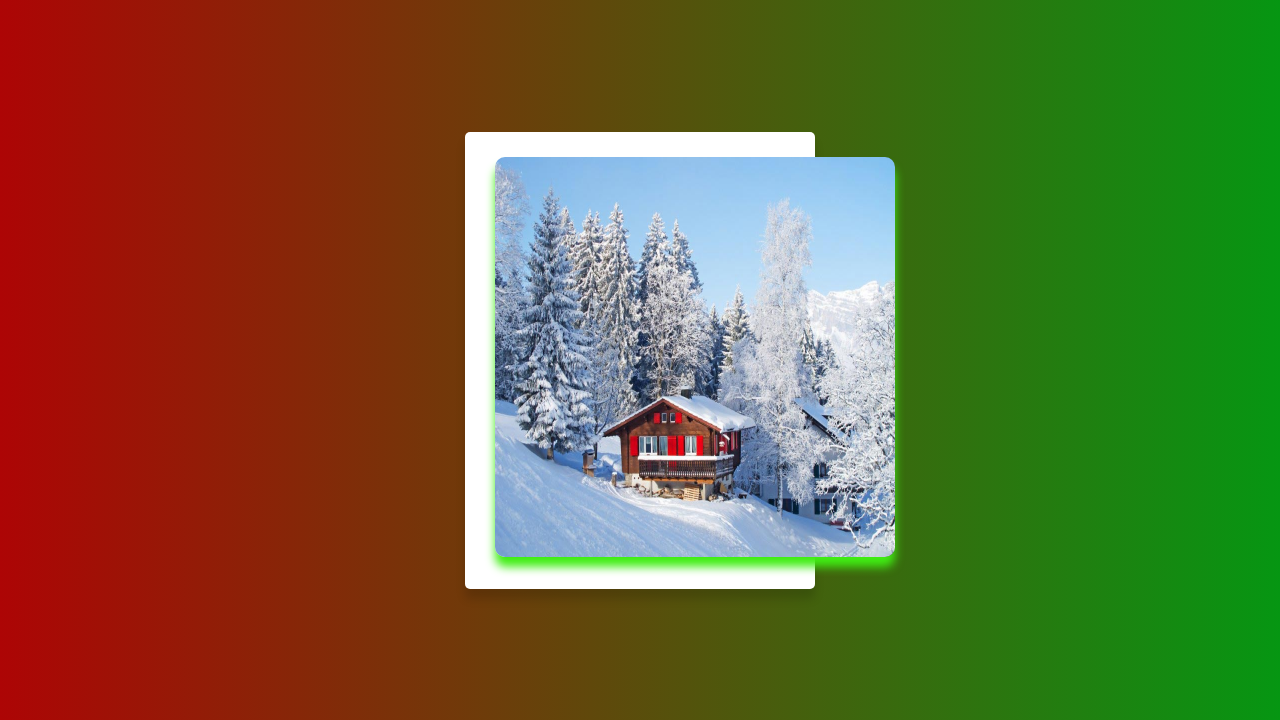
Repository: dev-ashik/Halloween
Page: Reg Page/Index.html
An editor plug-in stored every save of this project. The page is shown before and after the next save, followed by the edit.
The browser window is 1280 px wide. The pictures show the whole page.

Above is the page before, as saved 2021-12-21 21:49:30.

After the next save:
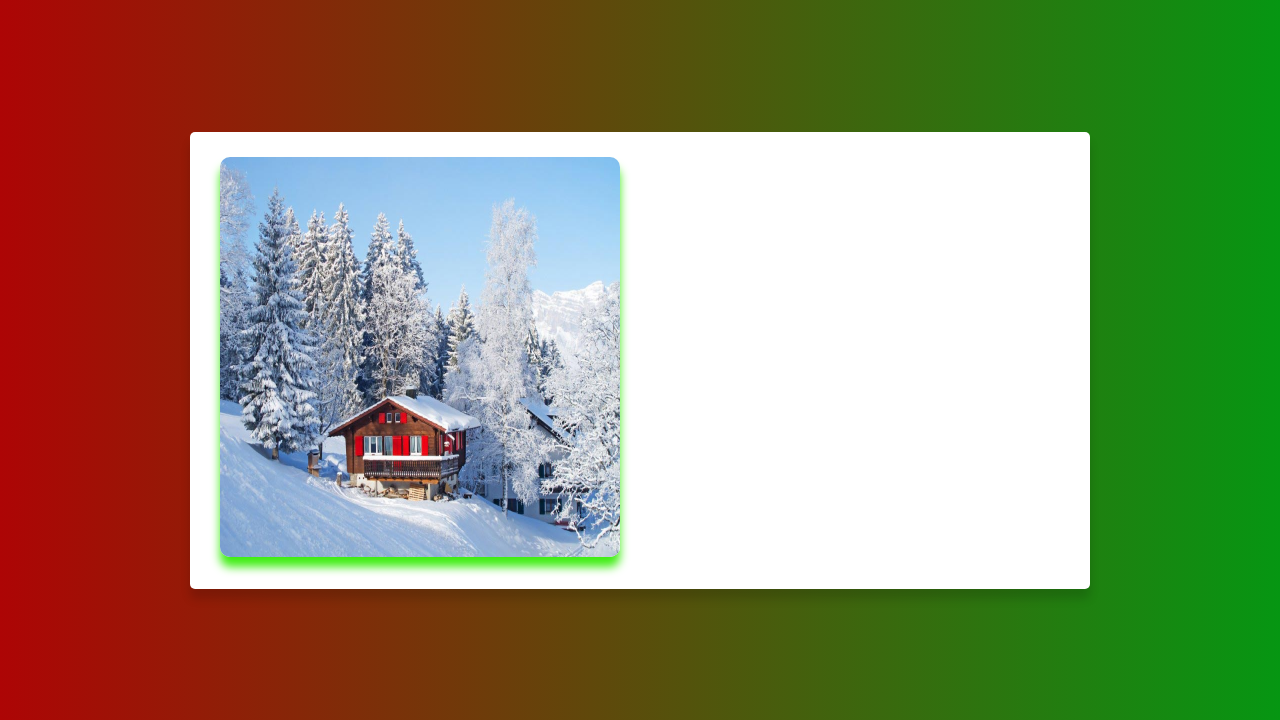
Saved 23 s later.
--- a/Reg Page/CSS/main.css
+++ b/Reg Page/CSS/main.css
@@ -22,7 +22,7 @@ body {
 
 .con {
     background: #fff;
-    max-width: 350px;
+    max-width: 900px;
     width: 100%;
     padding: 25px 30px;
     border-radius: 5px;
